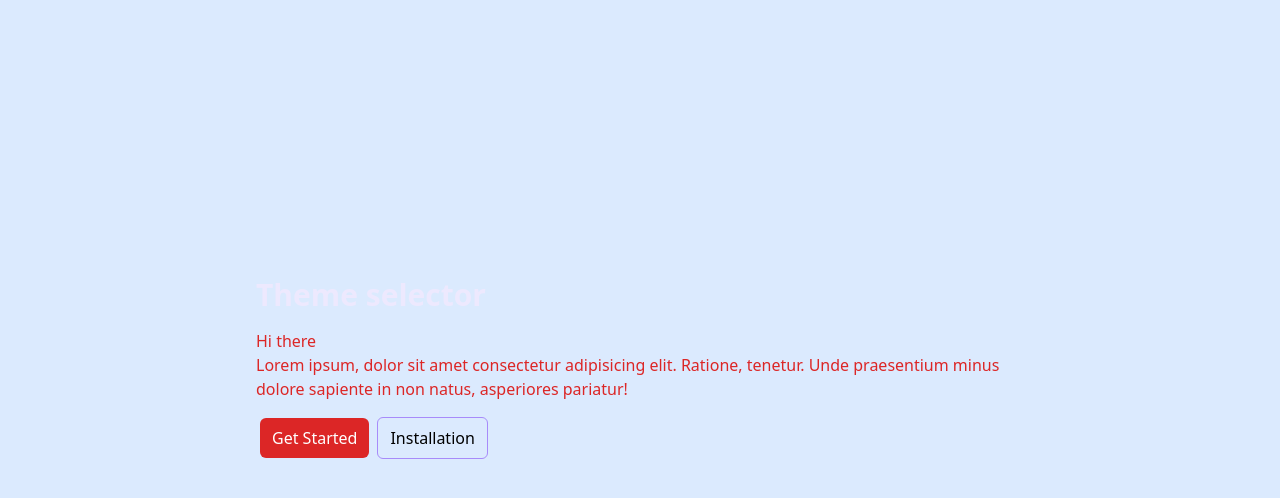
Repository: prince-bansal/tailwind-theme-switcher
Page: /
An editor plug-in stored every save of this project. The page is shown before and after the next save, followed by the edit.
The browser window is 1280 px wide. The pictures show the whole page.
The project was rebuilt for these pictures with package versions that can differ from the ones it lists, and the page was loaded fresh each time. Also part of the build but not shown: vite.config.ts, src/index.css.

Above is the page before, as saved 2024-03-17 19:28:11.

After the next save:
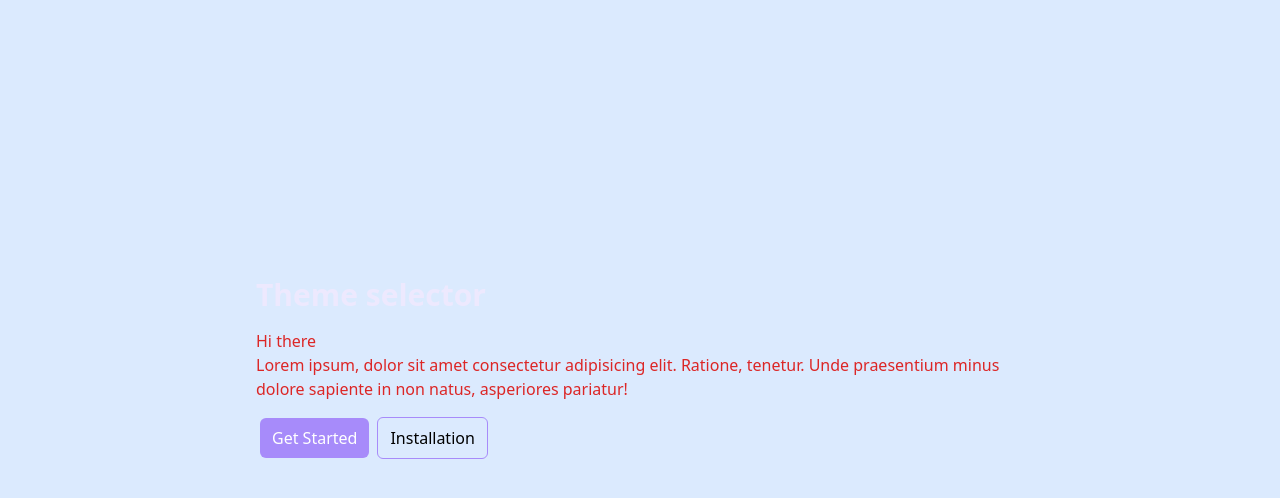
Saved 5 s later.
--- a/src/App.tsx
+++ b/src/App.tsx
@@ -12,7 +12,7 @@ function App() {
           tenetur. Unde praesentium minus dolore sapiente in non natus,
           asperiores pariatur!
         </p>
-        <button className="mt-4 bg-red-600 text-white p-2 px-3 mx-1 rounded-md">
+        <button className="mt-4 bg-primary text-white p-2 px-3 mx-1 rounded-md">
           Get Started
         </button>
         <button className="mt-4 border-primary border p-2 px-3 mx-1 rounded-md">
